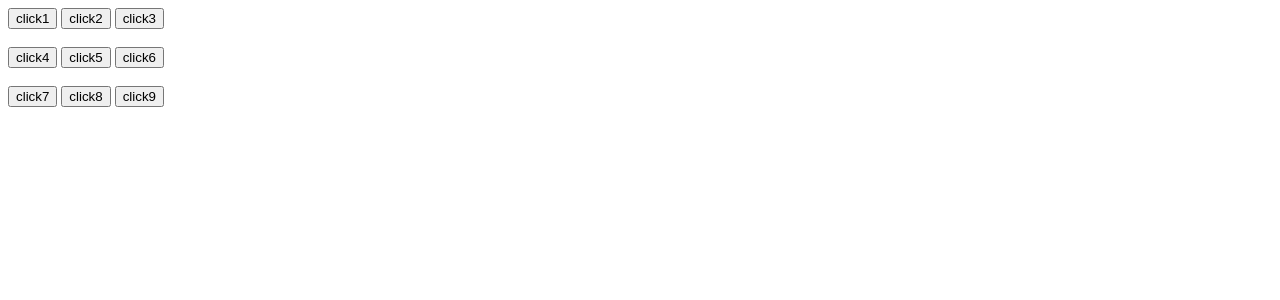
Repository: mirror-neuron/JsonStudy
Page: JsonApp01/WebContent/JsonTest10.html
These files come from the project's save history. The page is drawn as it stood at one moment and after the next save; the edit follows.
The browser window is 1280 px wide. The pictures show the whole page.

Above is the page before, as saved 2019-05-31 06:49:12.

After the next save:
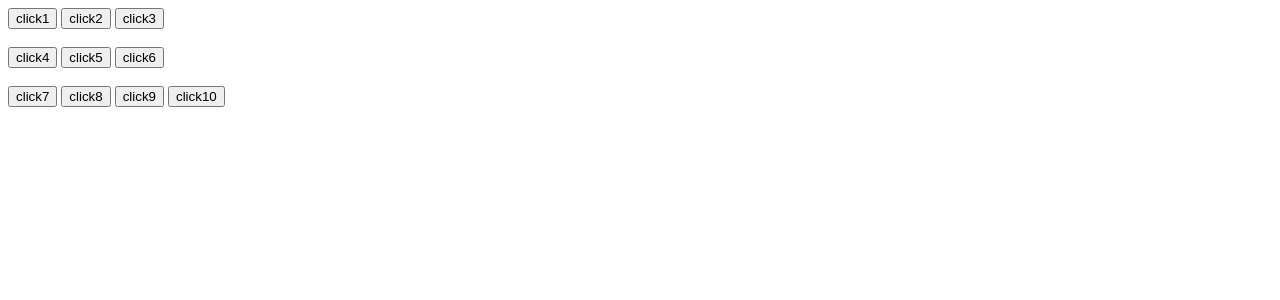
Saved 11 min 54 s later.
--- a/JsonApp01/WebContent/JsonTest10.html
+++ b/JsonApp01/WebContent/JsonTest10.html
@@ -46,4 +46,6 @@
 	<input type="button" value="click9" onclick="alert(typeof obj6[1])"/>
 	<!-- undefined -->
 
+	<input type="button" value="click10" onclick="alert(obj6_1[0])" />
+
 </form>
